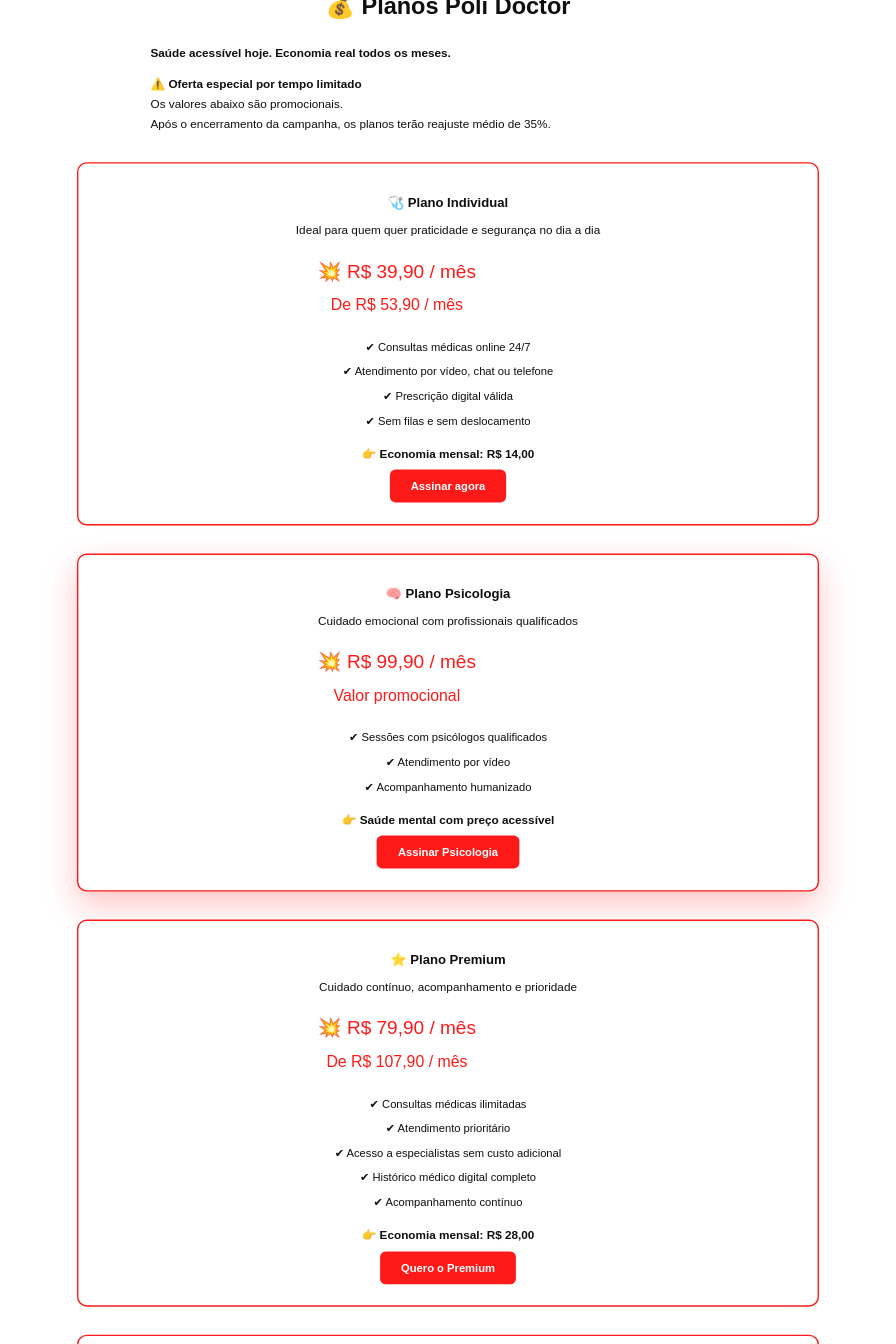
Repository: RenSkywalker/poli-doctor-landing
Page: index.html
The author's editor kept a copy of each file at every save. The page is drawn from the files as they stood at one save, then again after the next save.
The browser window is 1280 px wide. The pictures show the part of the page from y = 3054 to 4974 px (the page is 7350 px tall), at 70% of full size.

Above is the page before, as saved 2026-01-09 17:39:49.

After the next save:
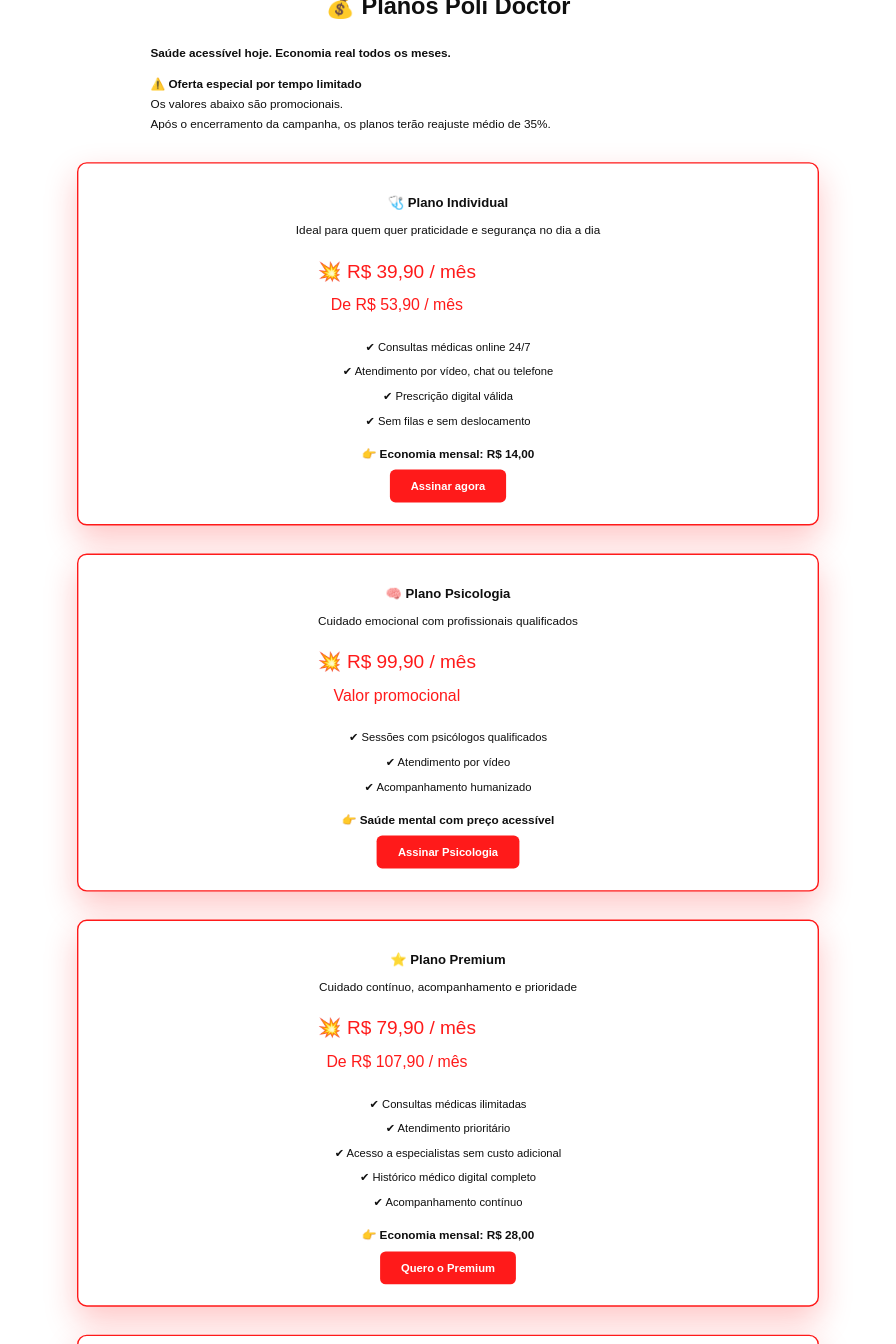
Saved 74 s later.
--- a/index.html
+++ b/index.html
@@ -142,7 +142,7 @@
     </p>
 
     <!-- PLANO INDIVIDUAL -->
-    <div class="plano">
+    <div class="plano destaque">
       <h3>🩺 Plano Individual</h3>
       <p>Ideal para quem quer praticidade e segurança no dia a dia</p>
 
@@ -179,7 +179,7 @@
     </div>
 
     <!-- PLANO PREMIUM -->
-    <div class="plano">
+    <div class="plano destaque">
       <h3>⭐ Plano Premium</h3>
       <p>Cuidado contínuo, acompanhamento e prioridade</p>
 
@@ -199,7 +199,7 @@
     </div>
 
     <!-- PLANO FAMÍLIA -->
-    <div class="plano">
+    <div class="plano destaque">
       <h3>👨‍👩‍👧 Plano Família</h3>
       <p>Mais saúde para quem cuida de todos</p>
 
@@ -218,7 +218,7 @@
     </div>
 
     <!-- PLANO FAMÍLIA PREMIUM -->
-    <div class="plano">
+    <div class="plano destaque">
       <h3>👑 Plano Família Premium</h3>
       <p>O cuidado completo para toda a família</p>
 
